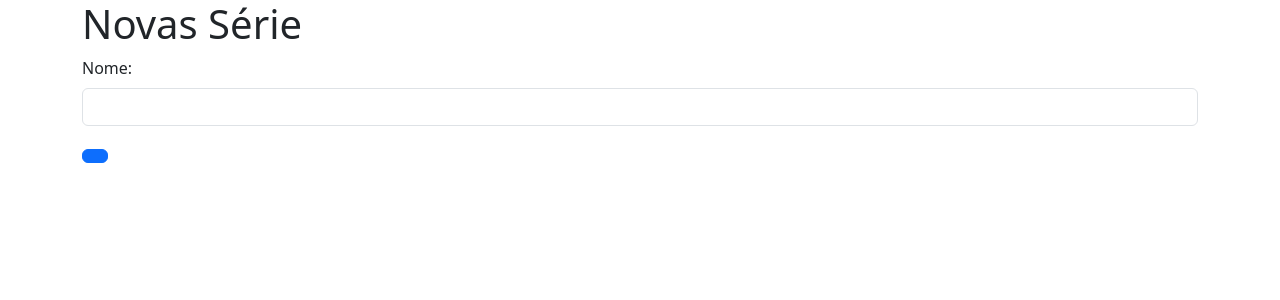
Repository: joaoDelaGracia/laravelTeste
Page: http://localhost/series/criar
These files come from the project's save history. The page is drawn as it stood at one moment and after the next save; the edit follows.
The browser window is 1280 px wide. The pictures show the whole page.
The page is served by the project's Laravel application, run on PHP 8.4 with Laravel 12. Style sheets and scripts are compiled from the project's sources, by tool versions that may differ from the author's.

Above is the page before, as saved 2025-05-26 13:24:56.

After the next save:
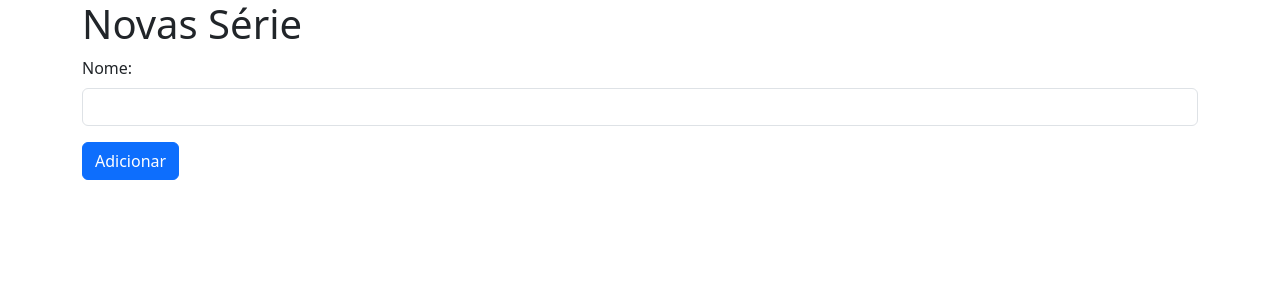
Saved 4 s later.
--- a/resources/views/series/create.blade.php
+++ b/resources/views/series/create.blade.php
@@ -4,5 +4,5 @@
         <label class="form-label" for="nome">Nome:</label>
         <input class="form-control" type="text" id="nome" name="nome">
     </form>
-    <button class="btn btn-primary"></button>
+    <button class="btn btn-primary">Adicionar</button>
 </x-layout>
